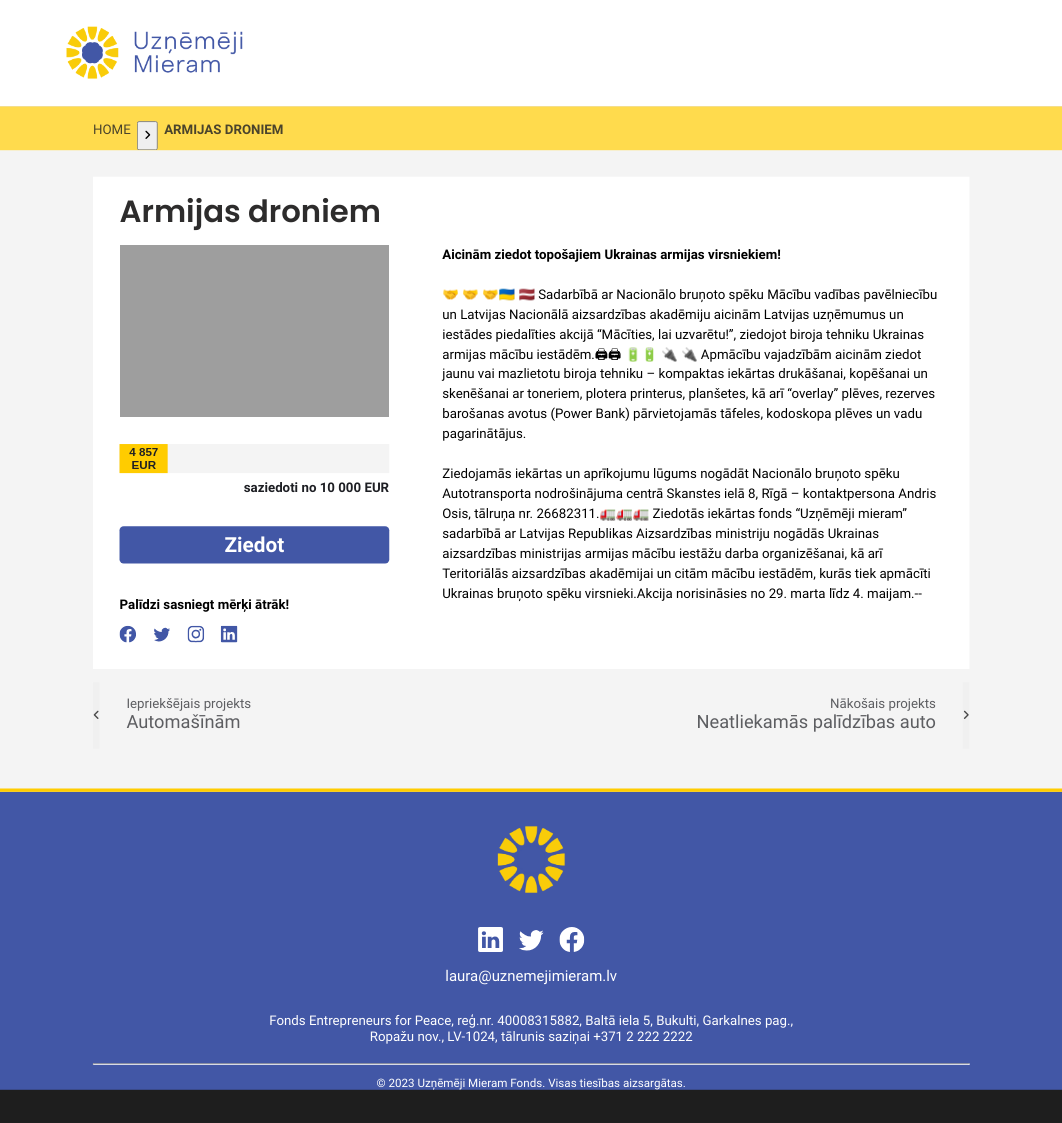
Repository: KatrinaPa/projekts11
Page: projekts-drones.html
These files come from the project's save history. The page is drawn as it stood at one moment and after the next save; the edit follows.
The browser window is 1280 px wide. The pictures show the whole page, at 83% of full size.
Pictures or frames that could not be fetched are drawn as grey boxes.

Above is the page before, as saved 2023-05-30 22:17:56.
Console error: TypeError: Cannot read properties of null (reading 'children')

### projekts-drones.html
<!DOCTYPE html>
<html lang="en">

<head>
    <meta charset="UTF-8">
    <meta http-equiv="X-UA-Compatible" content="IE=edge">
    <meta name="viewport" content="width=device-width, initial-scale=1.0">
    <title>Armijas droniem</title>
    <link rel="preconnect" href="https://fonts.googleapis.com">
    <link rel="preconnect" href="https://fonts.gstatic.com" crossorigin>
    <link href="https://fonts.googleapis.com/css2?family=Poppins:wght@300;400;500;600;700&display=swap"
        rel="stylesheet">
    <link rel="preconnect" href="https://fonts.googleapis.com">
    <link rel="preconnect" href="https://fonts.gstatic.com" crossorigin>
    <link href="https://fonts.googleapis.com/css2?family=Poppins:wght@300;400;500;600&display=swap" rel="stylesheet">
    <link rel="stylesheet" href="./assets/main.css" />
    <link rel="stylesheet" href="./assets/projekti.css" />
    <link rel="stylesheet" href="https://cdnjs.cloudflare.com/ajax/libs/font-awesome/6.2.0/css/all.min.css" />
    <script src="assets/main.js" defer></script>
</head>

<body>
    <div class="panel">
        <header class="header">
            <nav class="navbar">
                <a href="sakums.html" id="project-nav-home"><img src="assets/images/UM_logo.png" alt="uznemejiMieram"
                        id="logo"></a>
                <div class="navigation">
                    <ul class="nav-menu">
                        <li class="nav-item"><a href="sakums.html" class="nav-link">Sākums</a></li>
                        <li class="nav-item"><a href="donate_projects.html" class="nav-link">Ziedot</a></li>
                    </ul>
                    <div class="hamburger">
                        <span class="bar"></span>
                        <span class="bar"></span>
                        <span class="bar"></span>
                    </div>
                </div>
            </nav>
        </header>
        <main>
            <section id="wrapper_project" class="section_project">
                <div class="project-nav">
                    <a href="sakums.html" id="project-nav-home">HOME</a>
                    <button class="project-nav-next">
                        <i id="right" class="fa-solid fa-angle-right"></i>
                    </button>
                    <p>ARMIJAS DRONIEM</p>
                </div>
                <div class="carousel_project">
                    <h1>Armijas droniem</h1>
                    <div class="wrapper_donate_project">
                        <div class="donate_project-left">
                            <img src="assets/images/img_32.jpg" alt="">
                            <div class="thMeter_raised">
                                <div class="thMeter-wrapper">
                                    <button id="thMeter-proj-drones">4 857 EUR</button>
                                    <p>saziedoti no 10 000 EUR</p>
                                </div>
                            </div>

                            <div class="btn_ziedot-project">
                                <a href="donate_Ukr-private-onetime.html" class="ziedot-proj"
                                    id="ziedot-proj-drones">Ziedot</a>
                            </div>
                            <div class="share">
                                <p>Palīdzi sasniegt mērķi ātrāk!</p>
                                <div>
                                    <svg xmlns="http://www.w3.org/2000/svg" width="20" height="20" fill="#4257A6"
                                        class="bi bi-facebook" viewBox="0 0 16 16">
                                        <path
                                            d="M16 8.049c0-4.446-3.582-8.05-8-8.05C3.58 0-.002 3.603-.002 8.05c0 4.017 2.926 7.347 6.75 7.951v-5.625h-2.03V8.05H6.75V6.275c0-2.017 1.195-3.131 3.022-3.131.876 0 1.791.157 1.791.157v1.98h-1.009c-.993 0-1.303.621-1.303 1.258v1.51h2.218l-.354 2.326H9.25V16c3.824-.604 6.75-3.934 6.75-7.951z" />
                                    </svg>
                                    <svg xmlns="http://www.w3.org/2000/svg" width="20" height="20" fill="#4257A6"
                                        class="bi bi-twitter" viewBox="0 0 16 16">
                                        <path
                                            d="M5.026 15c6.038 0 9.341-5.003 9.341-9.334 0-.14 0-.282-.006-.422A6.685 6.685 0 0 0 16 3.542a6.658 6.658 0 0 1-1.889.518 3.301 3.301 0 0 0 1.447-1.817 6.533 6.533 0 0 1-2.087.793A3.286 3.286 0 0 0 7.875 6.03a9.325 9.325 0 0 1-6.767-3.429 3.289 3.289 0 0 0 1.018 4.382A3.323 3.323 0 0 1 .64 6.575v.045a3.288 3.288 0 0 0 2.632 3.218 3.203 3.203 0 0 1-.865.115 3.23 3.23 0 0 1-.614-.057 3.283 3.283 0 0 0 3.067 2.277A6.588 6.588 0 0 1 .78 13.58a6.32 6.32 0 0 1-.78-.045A9.344 9.344 0 0 0 5.026 15z" />
                                    </svg>
                                    <svg xmlns="http://www.w3.org/2000/svg" width="20" height="20" fill="#4257A6"
                                        class="bi bi-instagram" viewBox="0 0 16 16">
                                        <path
                                            d="M8 0C5.829 0 5.556.01 4.703.048 3.85.088 3.269.222 2.76.42a3.917 3.917 0 0 0-1.417.923A3.927 3.927 0 0 0 .42 2.76C.222 3.268.087 3.85.048 4.7.01 5.555 0 5.827 0 8.001c0 2.172.01 2.444.048 3.297.04.852.174 1.433.372 1.942.205.526.478.972.923 1.417.444.445.89.719 1.416.923.51.198 1.09.333 1.942.372C5.555 15.99 5.827 16 8 16s2.444-.01 3.298-.048c.851-.04 1.434-.174 1.943-.372a3.916 3.916 0 0 0 1.416-.923c.445-.445.718-.891.923-1.417.197-.509.332-1.09.372-1.942C15.99 10.445 16 10.173 16 8s-.01-2.445-.048-3.299c-.04-.851-.175-1.433-.372-1.941a3.926 3.926 0 0 0-.923-1.417A3.911 3.911 0 0 0 13.24.42c-.51-.198-1.092-.333-1.943-.372C10.443.01 10.172 0 7.998 0h.003zm-.717 1.442h.718c2.136 0 2.389.007 3.232.046.78.035 1.204.166 1.486.275.373.145.64.319.92.599.28.28.453.546.598.92.11.281.24.705.275 1.485.039.843.047 1.096.047 3.231s-.008 2.389-.047 3.232c-.035.78-.166 1.203-.275 1.485a2.47 2.47 0 0 1-.599.919c-.28.28-.546.453-.92.598-.28.11-.704.24-1.485.276-.843.038-1.096.047-3.232.047s-2.39-.009-3.233-.047c-.78-.036-1.203-.166-1.485-.276a2.478 2.478 0 0 1-.92-.598 2.48 2.48 0 0 1-.6-.92c-.109-.281-.24-.705-.275-1.485-.038-.843-.046-1.096-.046-3.233 0-2.136.008-2.388.046-3.231.036-.78.166-1.204.276-1.486.145-.373.319-.64.599-.92.28-.28.546-.453.92-.598.282-.11.705-.24 1.485-.276.738-.034 1.024-.044 2.515-.045v.002zm4.988 1.328a.96.96 0 1 0 0 1.92.96.96 0 0 0 0-1.92zm-4.27 1.122a4.109 4.109 0 1 0 0 8.217 4.109 4.109 0 0 0 0-8.217zm0 1.441a2.667 2.667 0 1 1 0 5.334 2.667 2.667 0 0 1 0-5.334z" />
                                    </svg>
                                    <svg xmlns="http://www.w3.org/2000/svg" width="20" height="20" fill="#4257A6"
                                        class="bi bi-linkedin" viewBox="0 0 16 16">
                                        <path
                                            d="M0 1.146C0 .513.526 0 1.175 0h13.65C15.474 0 16 .513 16 1.146v13.708c0 .633-.526 1.146-1.175 1.146H1.175C.526 16 0 15.487 0 14.854V1.146zm4.943 12.248V6.169H2.542v7.225h2.401zm-1.2-8.212c.837 0 1.358-.554 1.358-1.248-.015-.709-.52-1.248-1.342-1.248-.822 0-1.359.54-1.359 1.248 0 .694.521 1.248 1.327 1.248h.016zm4.908 8.212V9.359c0-.216.016-.432.08-.586.173-.431.568-.878 1.232-.878.869 0 1.216.662 1.216 1.634v3.865h2.401V9.25c0-2.22-1.184-3.252-2.764-3.252-1.274 0-1.845.7-2.165 1.193v.025h-.016a5.54 5.54 0 0 1 .016-.025V6.169h-2.4c.03.678 0 7.225 0 7.225h2.4z" />
                                    </svg>
                                </div>
                            </div>
                        </div>
                        <div class="donate_project-right">
                            <button class="wrapper_btn-up top">
                                <i id="up" class="fa-solid fa-angle-up"></i>
                            </button>
                            <p><strong>Aicinām ziedot topošajiem Ukrainas armijas virsniekiem!</strong>
                                <br><br>
                                🤝 🤝 🤝🇺🇦 🇱🇻 Sadarbībā ar Nacionālo bruņoto spēku Mācību vadības
                                pavēlniecību un Latvijas Nacionālā aizsardzības akadēmiju aicinām
                                Latvijas
                                uzņēmumus un iestādes piedalīties akcijā “Mācīties, lai uzvarētu!”,
                                ziedojot
                                biroja tehniku Ukrainas armijas mācību iestādēm.🖨🖨 🔋🔋 🔌 🔌 Apmācību
                                vajadzībām aicinām ziedot jaunu vai mazlietotu biroja tehniku –
                                kompaktas
                                iekārtas drukāšanai, kopēšanai un skenēšanai ar toneriem, plotera
                                printerus,
                                planšetes, kā arī “overlay” plēves, rezerves barošanas avotus (Power
                                Bank)
                                pārvietojamās tāfeles, kodoskopa plēves un vadu pagarinātājus. <br><br>

                                Ziedojamās iekārtas un aprīkojumu lūgums nogādāt Nacionālo bruņoto spēku
                                Autotransporta nodrošinājuma centrā Skanstes ielā 8, Rīgā –
                                kontaktpersona
                                Andris Osis, tālruņa nr. 26682311.🚛🚛🚛 Ziedotās iekārtas fonds
                                “Uzņēmēji
                                mieram” sadarbībā ar Latvijas Republikas Aizsardzības ministriju nogādās
                                Ukrainas aizsardzības ministrijas armijas mācību iestāžu darba
                                organizēšanai, kā arī Teritoriālās aizsardzības akadēmijai un citām
                                mācību
                                iestādēm, kurās tiek apmācīti Ukrainas bruņoto spēku virsnieki.Akcija
                                norisināsies no 29. marta līdz 4. maijam.--
                            </p>
                            <button class="wrapper_btn-up bottom">
                                <i id="up" class="fa-solid fa-angle-up"></i>
                            </button>
                        </div>
                    </div>
                </div>
                <div class="to-project">
                    <div class="previous">
                        <button class="carousel_proj_btn carousel_proj_btn-left">
                            <i id="left" class="fa-solid fa-angle-left"></i>
                        </button>
                        <div>
                            <p>Iepriekšējais projekts</p>
                            <a href="projekts-cars.html" id="project-nav-cars">Automašīnām</a>
                        </div>
                    </div>
                    <div class="next">
                        <div>
                            <p>Nākošais projekts</p>
                            <a href="projekts-ambulances.html" id="project-nav-ambulances">Neatliekamās palīdzības
                                auto</a>
                        </div>
                        <button class="carousel_proj_btn carousel_proj_btn-right">
                            <i id="right" class="fa-solid fa-angle-right"></i>
                        </button>
                    </div>
                </div>
                <div class="yellow-bottom"></div>
            </section>
        </main>
    </div>
    <footer>
        <div class="about">
            <img src="assets/images/UM_simbols.png" alt="uznemejiMieram">
            <div class="social">
                <svg xmlns="http://www.w3.org/2000/svg" width="30" height="30" fill="#ffffff" class="bi bi-linkedin"
                    viewBox="0 0 16 16">
                    <path
                        d="M0 1.146C0 .513.526 0 1.175 0h13.65C15.474 0 16 .513 16 1.146v13.708c0 .633-.526 1.146-1.175 1.146H1.175C.526 16 0 15.487 0 14.854V1.146zm4.943 12.248V6.169H2.542v7.225h2.401zm-1.2-8.212c.837 0 1.358-.554 1.358-1.248-.015-.709-.52-1.248-1.342-1.248-.822 0-1.359.54-1.359 1.248 0 .694.521 1.248 1.327 1.248h.016zm4.908 8.212V9.359c0-.216.016-.432.08-.586.173-.431.568-.878 1.232-.878.869 0 1.216.662 1.216 1.634v3.865h2.401V9.25c0-2.22-1.184-3.252-2.764-3.252-1.274 0-1.845.7-2.165 1.193v.025h-.016a5.54 5.54 0 0 1 .016-.025V6.169h-2.4c.03.678 0 7.225 0 7.225h2.4z" />
                </svg>
                <svg xmlns="http://www.w3.org/2000/svg" width="30" height="30" fill="#ffffff" class="bi bi-twitter"
                    viewBox="0 0 16 16">
                    <path
                        d="M5.026 15c6.038 0 9.341-5.003 9.341-9.334 0-.14 0-.282-.006-.422A6.685 6.685 0 0 0 16 3.542a6.658 6.658 0 0 1-1.889.518 3.301 3.301 0 0 0 1.447-1.817 6.533 6.533 0 0 1-2.087.793A3.286 3.286 0 0 0 7.875 6.03a9.325 9.325 0 0 1-6.767-3.429 3.289 3.289 0 0 0 1.018 4.382A3.323 3.323 0 0 1 .64 6.575v.045a3.288 3.288 0 0 0 2.632 3.218 3.203 3.203 0 0 1-.865.115 3.23 3.23 0 0 1-.614-.057 3.283 3.283 0 0 0 3.067 2.277A6.588 6.588 0 0 1 .78 13.58a6.32 6.32 0 0 1-.78-.045A9.344 9.344 0 0 0 5.026 15z" />
                </svg>
                <svg xmlns="http://www.w3.org/2000/svg" width="30" height="30" fill="#ffffff" class="bi bi-facebook"
                    viewBox="0 0 16 16">
                    <path
                        d="M16 8.049c0-4.446-3.582-8.05-8-8.05C3.58 0-.002 3.603-.002 8.05c0 4.017 2.926 7.347 6.75 7.951v-5.625h-2.03V8.05H6.75V6.275c0-2.017 1.195-3.131 3.022-3.131.876 0 1.791.157 1.791.157v1.98h-1.009c-.993 0-1.303.621-1.303 1.258v1.51h2.218l-.354 2.326H9.25V16c3.824-.604 6.75-3.934 6.75-7.951z" />
                </svg>
            </div>
            <div class="contacts">
                <p>laura@uznemejimieram.lv</p>
                <p>Fonds Entrepreneurs for Peace, reģ.nr. 40008315882, Baltā iela 5, Bukulti, Garkalnes pag., Ropažu
                    nov., LV-1024, tālrunis saziņai +371 2 222 2222</p>
            </div>
        </div>
        <div class="copy">
            <hr>
            <p>© 2023 Uzņēmēji Mieram Fonds. Visas tiesības aizsargātas.</p>
        </div>
    </footer>
    </div>

</body>

</html>

### assets/projekti.css
#wrapper_project {
    background-color: #f4f4f4;
    font-family: 'Roboto';
}

.section_project {}

h1 {
    font-size: 37px;
    line-height: 50px;
}

.project-nav {
    display: flex;
    flex-direction: row;
    gap: 0.5rem;
    padding: 1.1rem 7rem 0 7rem;
    background-color: #FFDB4D;
}

.project-nav a {
    text-decoration: none;
    color: #1E1F24;
    font-size: 16px;
    font-weight: 400;
    opacity: 80%;
}

.project-nav a:hover {
    font-weight: 600;
    cursor: pointer;
    opacity: 100%;
}

.project-nav p {
    text-decoration: none;
    color: #1E1F24;
    font-size: 16px;
    font-weight: 600;
    margin-block-start: 0;
    opacity: 80%;
}

.carousel_project {
    position: relative;
    background-color: #ffffff;
    margin: 2rem 7rem 2rem 7rem;
}

.carousel_proj_btn {
    height: 100%;
    margin-top: -1rem;
    padding: 0;
    border: 0;
}

.donate_project-left img {
    width: 100%;
    height: 13rem;
    object-fit: cover;
}

.wrapper_donate_project {
    display: flex;
    flex-direction: row;
    transition: transform 0ms ease-in;
}

.carousel_project h1 {
    padding: 1rem 0 1rem 2rem;
}

.donate_project-left {
    display: flex;
    flex-direction: column;
    width: 35%;
    margin: 0 0 2rem 2rem;
}

.donate_project-right {
    width: 65%;
    height: 100%;
    margin: 0rem 2rem 2rem 4rem;
    margin-block-start: 0;
}

.donate_project-right p {
    margin-block-start: 0;
    line-height: 24px;
    font-size: 16px;
}

.wrapper_project_donate i {
    position: absolute;
    cursor: pointer;
    font-size: 20px;
    color: rgba(0, 0, 0, 0.7);
}

.wrapper_btn-up {
    border-style: none;
    background: none;
    order: 2;
    grid-column: 1/-1;
    display: flex;
    justify-content: flex-end;
}

.wrapper_project_donate p {
    margin: 0;
    grid-column: 1/-1;
}

.thMeter-wrapper {
    width: 100%;
    background-color: #f4f4f4;
}

#thMeter-proj-support,
#thMeter-proj-cars,
#thMeter-proj-drones,
#thMeter-proj-npa,
#thMeter-proj-ambassadors,
#thMeter-proj-xbank {
    background-color: #ffcc00;
    color: #1E1F24;
    font-size: 14px;
}

.thMeter_raised p {
    text-align: right;
    color: #1E1F24;
}

.btn_ziedot-project {
    margin-top: 4rem;
}

.share {
    font-size: 16px;
    font-weight: 600;
    margin-top: 1.5rem;
}

.share div {
    display: flex;
    gap: 1.3rem;
}

.to-project {
    display: flex;
    flex-direction: row;
    justify-content: space-between;
    height: 5rem;
    font-size: 16px;
    color: #1E1F24;
    opacity: 70%;
    margin: 2rem 7rem 2rem 7rem;
}


.to-project:hover {
    opacity: 100%;
    cursor: pointer;
}

.previous {
    display: flex;
    flex-direction: row;
    gap: 1rem;
}

.previous div {
    margin-left: 1rem;
}

.previous p,
.next p {
    margin-block-end: 0;
    margin-block-start: 0;
}

#project-nav-xbanka,
#project-nav-cars,
#project-nav-ambulances,
#project-nav-donate,
#project-nav-drones,
#project-nav-ambassadors {
    color: #1E1F24;
    font-size: 22px;
    text-decoration: none;
    font-weight: 400;
}

#project-nav-xbanka:hover,
#project-nav-cars:hover,
#project-nav-ambulances:hover,
#project-nav-donate:hover,
#project-nav-drones:hover,
#project-nav-ambassadors:hover {
    font-weight: 600;
}

.next {
    display: flex;
    flex-direction: row;
    gap: 1rem;
}

.next div {
    margin-right: 1rem;
    display: flex;
    flex-direction: column;
    align-items: flex-end;
    text-align: right;
}

.yellow-bottom {
    height: 0.25rem;
    background-color: #ffcc00;
}

@media (min-width: 1280px) {

    .wrapper_thMeter_img {
        width: 32%;
        height: 30rem;
    }

    .wrapper_project_donate {
        width: 68%;
    }
}

@media screen and (max-width: 1279px) {

    .section_project {
        padding: 0;
        margin: 0;
    }

    .project-nav {
        padding: 1.1rem 2rem 0 5rem;
    }

    .wrapper_donate_project {
        display: flex;
        flex-direction: row;
    }

    .donate_project-right {
        margin: 0rem 2rem 2rem 2rem;
    }

    .carousel_project {
        margin: 0px 5rem;
    }

    .carousel_proj_btn i {
        font-size: 33px;
    }

    .wrapper_thMeter_img {
        margin: 0.5rem 2rem 0.5rem 2rem;
    }

    .wrapper_thMeter_img img {
        width: 50%;
        height: 10rem;
    }

    .wrapper_project_donate {
        margin: 0.5rem 2rem 2rem 2rem;
    }

    .wrapper_project_donate p {
        padding-bottom: 2rem;
    }

    .thMeter-btn {
        width: 19rem;
    }

    #share {
        font-size: 18px;
    }

    .thMeter-btn {
        width: 16rem;
    }

    .to-project {
        margin: 2rem;
    }
}

@media screen and (min-width: 701px) {
    .wrapper_btn-up {
        display: none;
    }
}

@media screen and (max-width: 700px) {
    .panel {
        max-width: 480px;
    }

    #wrapper_project {}

    .section_project {
        padding-bottom: 0;
    }

    .project-nav {
        padding: 1.1rem 2rem 0 2rem;
    }

    .carousel_project {
        margin: 0;
        padding: 2rem;
    }

    .carousel_project h1 {
        padding: 1rem 0;
        font-size: 47px;
        line-height: 52px;
    }

    .wrapper_donate_project {
        display: flex;
        flex-direction: column;
    }

    .donate_project-left,
    .donate_project-right {
        width: 100%;
        margin: 0;
    }

    .donate_project-right {
        margin-top: 0.5rem;
    }

    .btn_ziedot-project {
        margin-top: 3rem;
    }

    .share {
        display: flex;
        flex-direction: row-reverse;
        justify-content: center;
        align-items: center;
        gap: 1rem;
    }

    .wrapper_thMeter_img {
        padding: 0;
    }

    .wrapper_thMeter_img p {
        display: none;
    }

    .wrapper_donate_project h1 {
        font-size: 24px;
        padding: 2rem 0 0 3rem;
    }

    .wrapper_project_donate {
        padding: 0;
        display: grid;
        grid-gap: 0.5rem;
        margin: 0.5rem 2rem 1rem 2rem
    }

    .wrapper_project_donate i {
        font-size: 22px;
        color: rgba(0, 0, 0, 0.5);
    }

    .wrapper_thMeter_img img {
        width: 100%;
        height: 15rem;
    }

    #thMeter {
        width: 100%;
        margin: 0.3rem 0 0.7rem 0;
    }

    .thMeter-btn {
        width: 22rem;
    }

    .wrapper_btn-up.top {
        margin: 1rem 0;
    }

    .wrapper_btn-up.bottom {
        margin: 1rem 0;
    }

    .wrapper_project_donate p {
        order: 3;
        padding: 1rem 0;
    }

    .to-project {
        margin: 1rem 0 2rem 0;
    }

}

Loaded but not shown: assets/main.js (97 lines, source omitted); assets/main.css (1929 lines, source omitted)

After the next save:
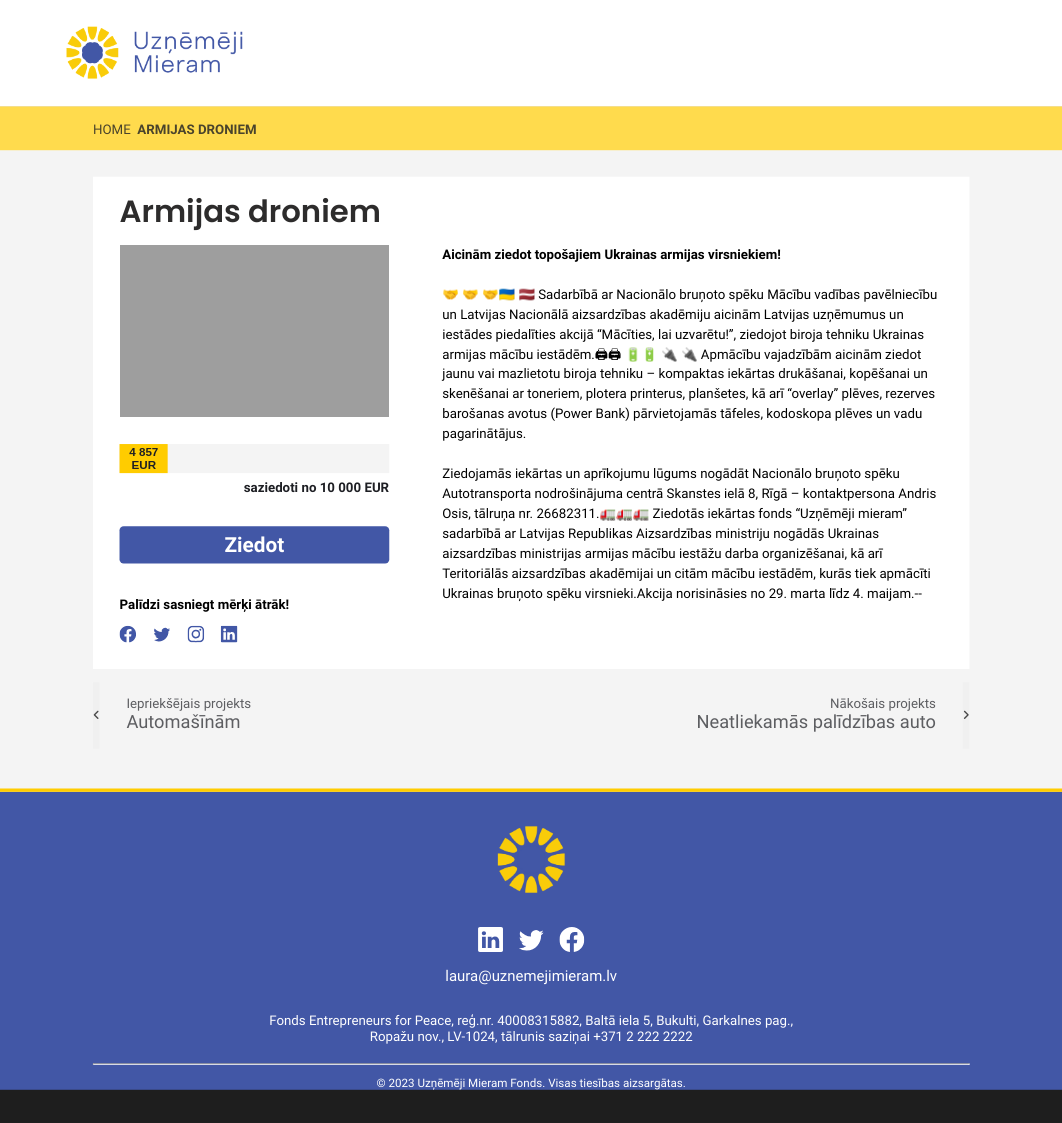
Saved 3 min 44 s later.
--- a/projekts-drones.html
+++ b/projekts-drones.html
@@ -42,9 +42,6 @@
             <section id="wrapper_project" class="section_project">
                 <div class="project-nav">
                     <a href="sakums.html" id="project-nav-home">HOME</a>
-                    <button class="project-nav-next">
-                        <i id="right" class="fa-solid fa-angle-right"></i>
-                    </button>
                     <p>ARMIJAS DRONIEM</p>
                 </div>
                 <div class="carousel_project">
